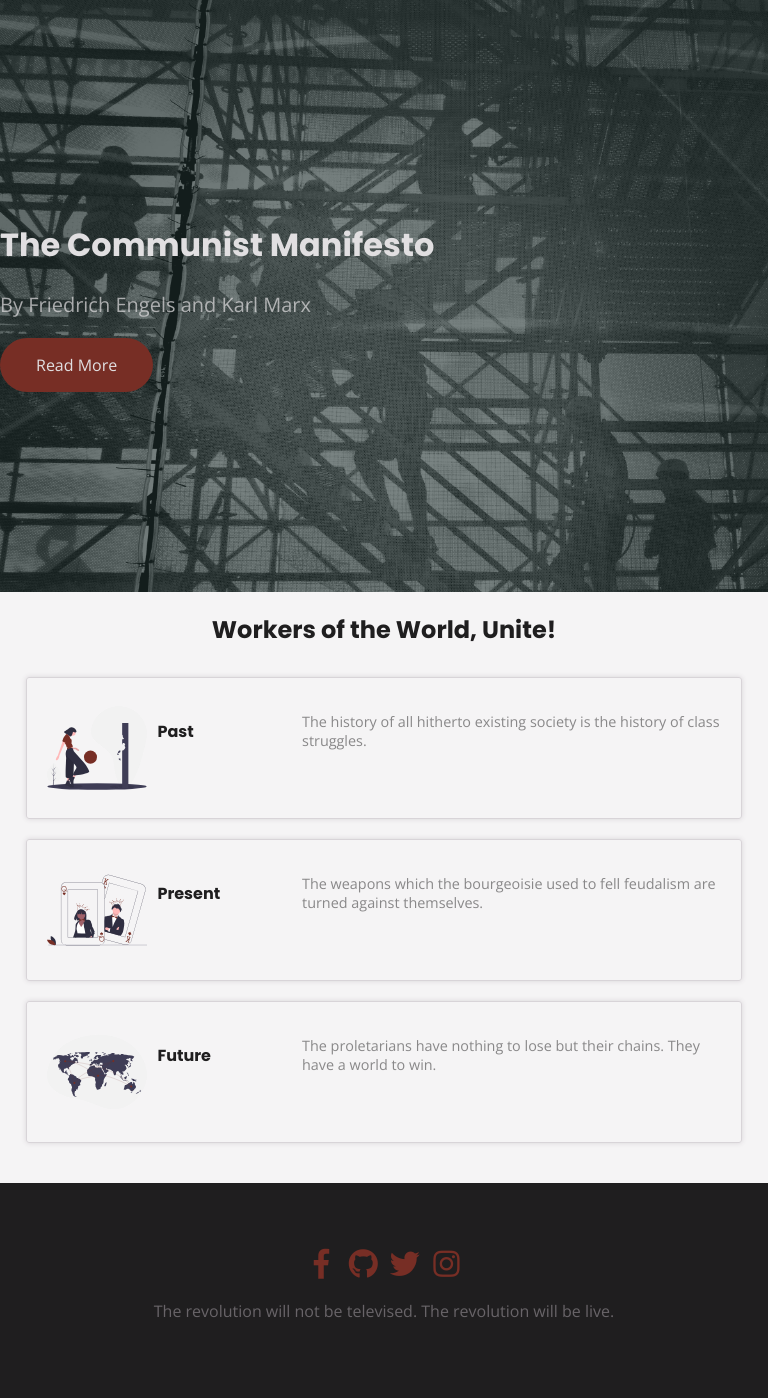
Repository: eaang/landing
Page: index.html
An editor plug-in stored every save of this project. The page is shown before and after the next save, followed by the edit.
The browser window is 768 px wide. The pictures show the whole page.
Some web libraries are served in a nearby version.

Above is the page before, as saved 2020-06-10 17:10:31.

After the next save:
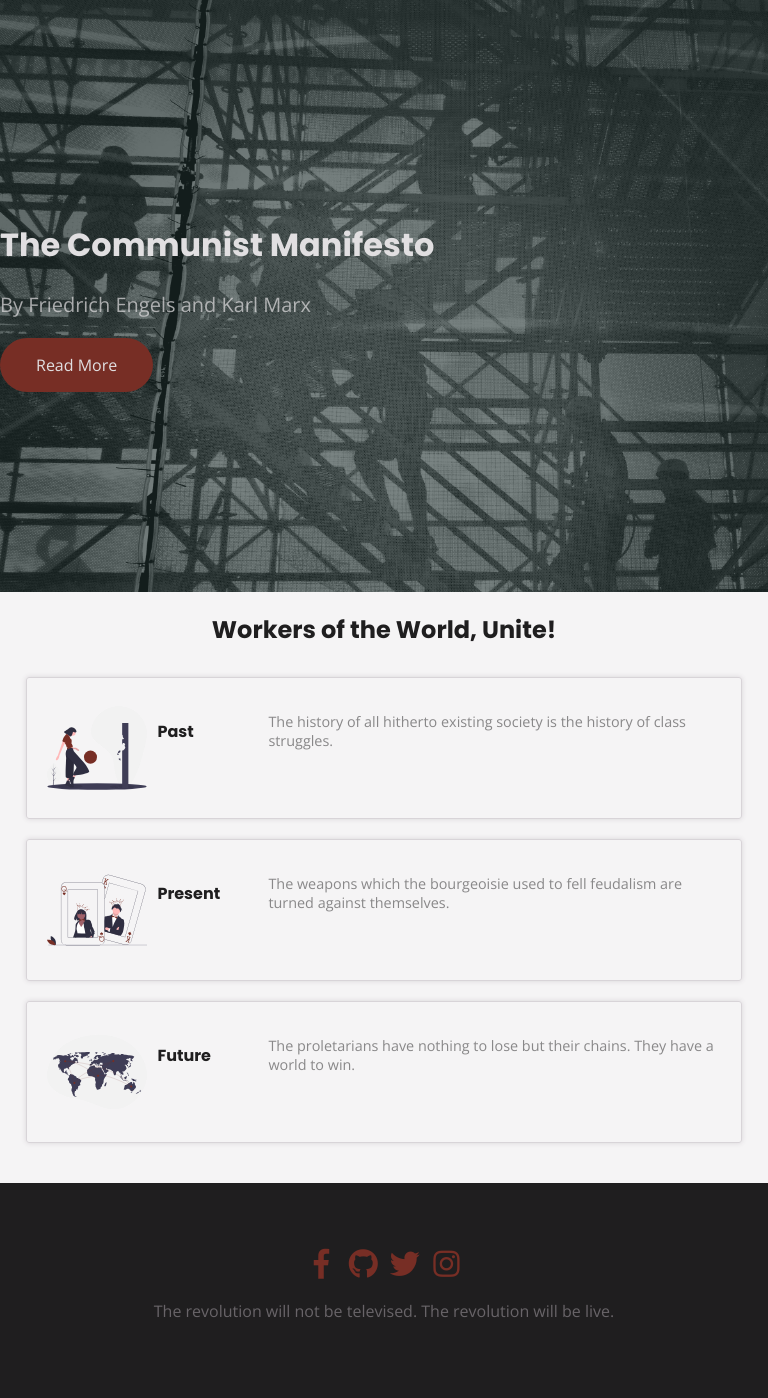
Saved 7 s later.
--- a/css/style.css
+++ b/css/style.css
@@ -146,7 +146,7 @@ a {
     text-align: left;
     padding-left: 10px;
     margin-right: 10px;
-    min-width: 20%;
+    min-width: 15%;
   }
   .card-text {
     max-width: 70%;
